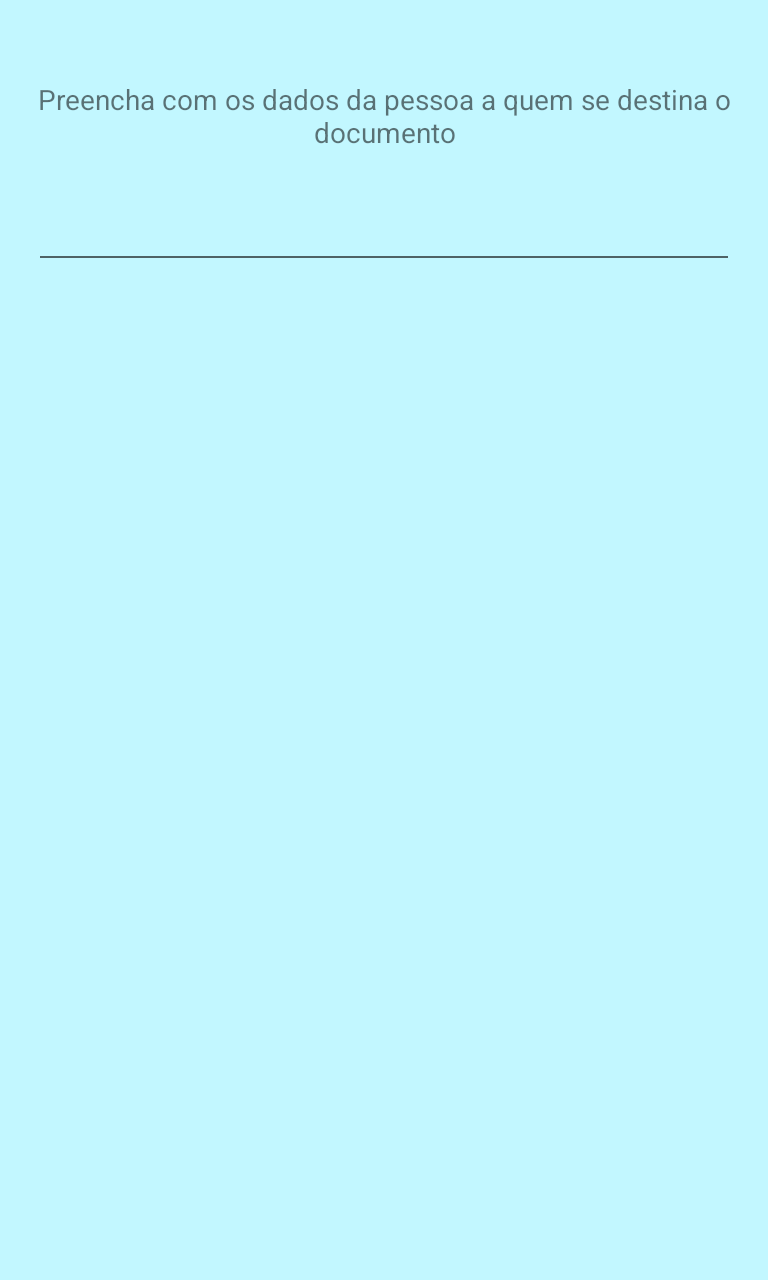
Repository: pdelfino/Projeto-livre
Layout: Protesto Livre/ProtestoLivre/res/layout/fragment_tela05.xml
An editor plug-in stored every save of this project. The layout is shown before and after the next save, followed by the edit.
It is drawn on a 768 x 1280 px phone screen (xhdpi) without system bars, with theme AppTheme; the app's code is not run.

Above is the layout before, as saved 2014-05-29 00:04:58.

### Protesto Livre/ProtestoLivre/res/layout/fragment_tela05.xml
<RelativeLayout xmlns:android="http://schemas.android.com/apk/res/android"
    xmlns:tools="http://schemas.android.com/tools"
    android:layout_width="match_parent"
    android:layout_height="match_parent"
    android:background="#C2F7FF"
    android:paddingBottom="@dimen/activity_vertical_margin"
    android:paddingLeft="@dimen/activity_horizontal_margin"
    android:paddingRight="@dimen/activity_horizontal_margin"
    android:paddingTop="@dimen/activity_vertical_margin"
    tools:context="br.sp.protestolivre.Tela05$PlaceholderFragment" >

    <TextView
        android:id="@+id/textView1"
        android:layout_width="wrap_content"
        android:layout_height="wrap_content"
        android:layout_alignParentTop="true"
        android:layout_centerHorizontal="true"
        android:layout_marginTop="24dp"
        android:gravity="center"
        android:text="Preencha com os dados da pessoa a quem se destina o documento" />

    <EditText
        android:id="@+id/editText1"
        android:layout_width="wrap_content"
        android:layout_height="wrap_content"
        android:layout_alignLeft="@+id/textView1"
        android:layout_alignRight="@+id/textView1"
        android:layout_below="@+id/textView1"
        android:layout_marginTop="20dp"
        android:ems="10"
        android:inputType="textPersonName" />

</RelativeLayout>

Loaded but not shown: Protesto Livre/ProtestoLivre/res/values/styles.xml (common file); Protesto Livre/ProtestoLivre/res/values-v11/styles.xml (common file); Protesto Livre/ProtestoLivre/res/values-v14/styles.xml (common file); Protesto Livre/ProtestoLivre/res/values/dimens.xml (common file); Protesto Livre/ProtestoLivre/res/values-w820dp/dimens.xml (common file)

After the next save:
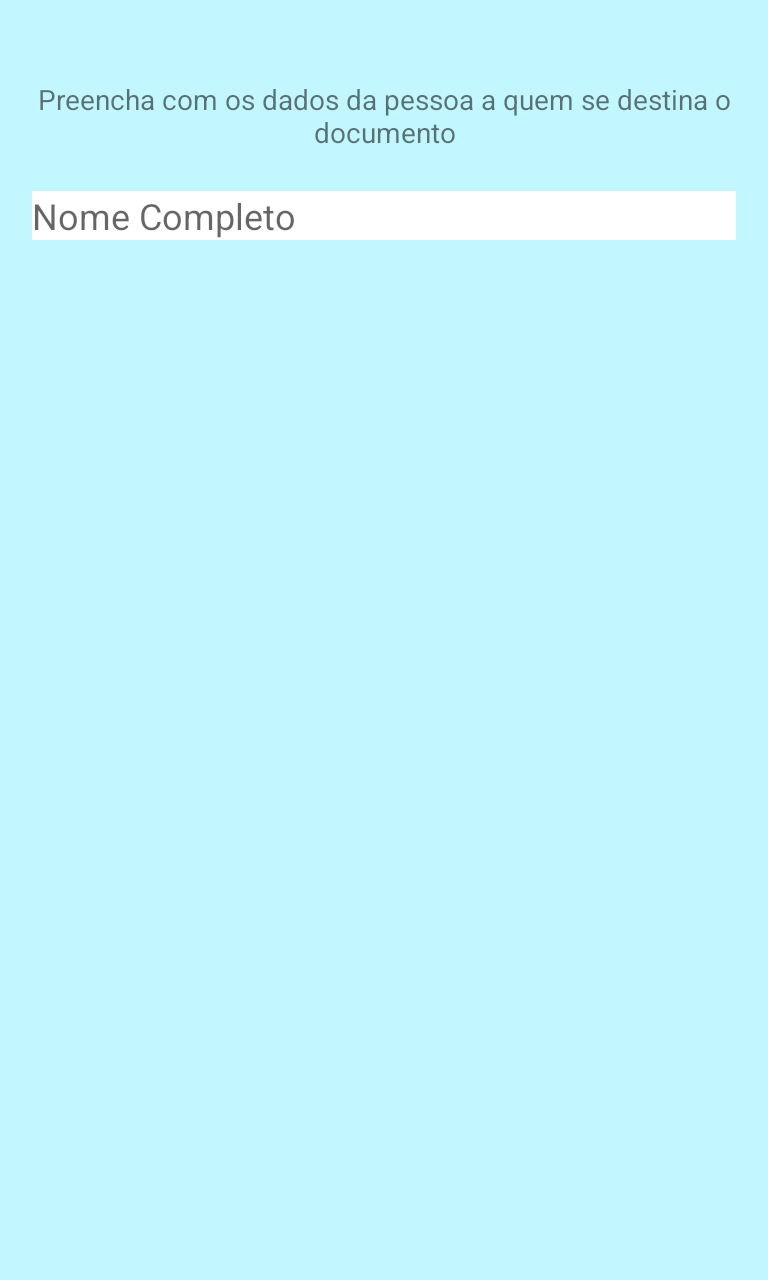
Saved 3 min 8 s later.
--- a/Protesto Livre/ProtestoLivre/res/layout/fragment_tela05.xml
+++ b/Protesto Livre/ProtestoLivre/res/layout/fragment_tela05.xml
@@ -28,6 +28,8 @@
         android:layout_below="@+id/textView1"
         android:layout_marginTop="20dp"
         android:ems="10"
+        android:hint="Nome Completo"
+        android:background="#ffffff"
         android:inputType="textPersonName" />
 
 </RelativeLayout>
